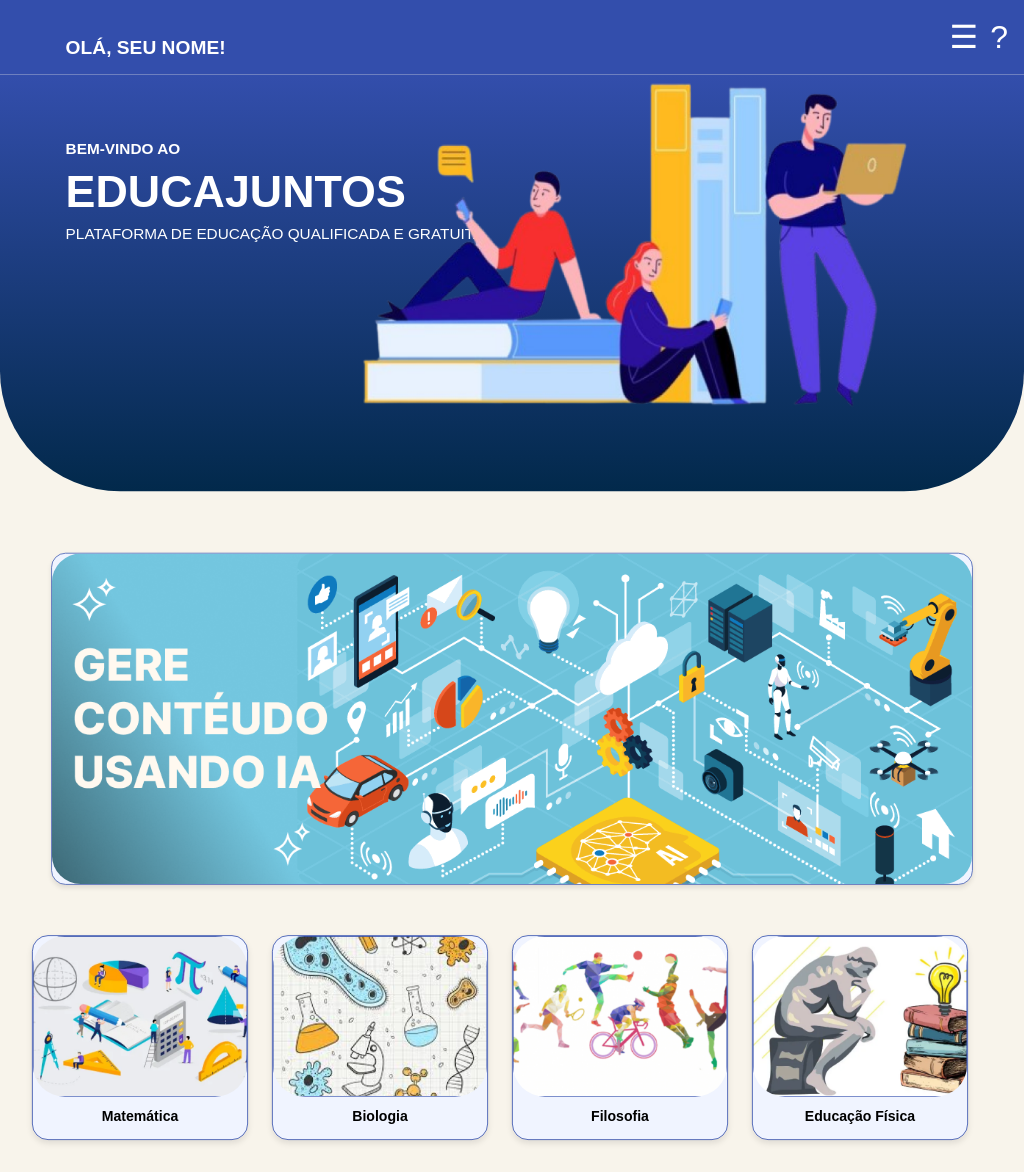
Repository: Matheus904-12/EDUCAJUNTOS
Page: inicio/index.html
An editor plug-in stored every save of this project. The page is shown before and after a run of saves, followed by the edit.
The browser window is 1280 px wide. The pictures show the whole page, at 80% of full size.

Above is the page before, as saved 2024-10-28 19:58:36.

### inicio/index.html
<!DOCTYPE html>
<html lang="pt-BR">

<head>
    <meta charset="UTF-8">
    <meta name="viewport" content="width=device-width, initial-scale=1.0">
    <title>Educajuntos</title>
    <link rel="stylesheet" href="style.css">
</head>

<body>
    <header>
        <h1>OLÁ, SEU NOME!</h1>
        <nav>
            <button class="menu-btn">&#9776;</button>
            <button class="help-btn">?</button>
        </nav>
    </header>

    <section class="hero">
        <h2>BEM-VINDO AO</h2>
        <h3>EDUCAJUNTOS</h3>
        <p>PLATAFORMA DE EDUCAÇÃO QUALIFICADA E GRATUITA</p>
        <div class="hero-image">
            <img src="../image/1.png" alt="Imagem ilustrativa de pessoas estudando">
        </div>
    </section>

    <br>
    <br>
    <br>

    <main>

        <div class="category-card large">
            <img src="../image/7.png" alt="IA">
        </div>

        <section class="categories">
            <div class="category-card">
                <img src="../image/2.png" alt="Matemática">
                <p>Matemática</p>
                <br>
            </div>
            <div class="category-card">
                <img src="../image/3.png" alt="Biologia">
                <p>Biologia</p>
                <br>
            </div>
            <div class="category-card">
                <img src="../image/6.png" alt="Filosofia">
                <p>Filosofia</p>
                <br>
            </div>
            <div class="category-card">
                <img src="../image/5.png" alt="Educação Física">
                <p>Educação Física</p>
                <br>
            </div>
        </section>
    </main>

    <script src="script.js"></script>
</body>

</html>

### inicio/style.css
* {
    margin: 0;
    padding: 0;
    box-sizing: border-box;
    font-family: Arial, sans-serif;
}

body {
    background-color: #F8F4EB;
    color: #333;
}

header {
    background-color: #334EAC;
    color: #fff;
    padding: 20px;
    display: flex;
    justify-content: space-between;
    align-items: center;
}

header h1 {
    font-size: 1.5em;
    margin-left: 5%;
    margin-top: 2%;
}

nav {
    display: flex;
    gap: 15px;
}

.menu-btn,
.help-btn {
    background: none;
    border: none;
    color: #fff;
    font-size: 2.5em;
    cursor: pointer;
}

/* Hero Section with Rounded Bottom Borders and Centered Image */
.hero {
    background: linear-gradient( #334EAC, #02294b);
    color: #fff;
    padding: 20px 20px;
    border-bottom-left-radius: 150px;
    border-bottom-right-radius: 150px;
    position: relative;
    display: flex;
    flex-direction: column;
    align-items: flex-start;
    overflow: hidden;

}

.hero h2 {
    font-size: 1.2em;
    margin-bottom: 10px;
    font-weight: bold;
    margin-left: 5%;
    margin-top: 5%;
}

.hero h3 {
    font-size: 3.5em;
    margin-bottom: 10px;
    font-weight: bold;
    margin-left: 5%;
}

.hero p {
    font-size: 1.2em;
    margin-bottom: 20px;
    margin-left: 5%;
}

.hero-image {
    display: flex;
    margin-left: 30%;
    width: 782px;
    height: 580px;
    margin-top: -25%;
}

.hero-image img {
    width: 100%;
    height: auto;
    border-radius: 0 0 150px 150px;
}

/* Categories Section */
.categories {
    display: grid;
    grid-template-columns: repeat(4, 1fr);
    gap: 0px;
    padding: 40px;
}

.category-card {
    background-color: #F0F4FF; /* Cor de fundo suave */
    border: 1px solid #334EAC; /* Contorno azul */
    border-radius: 20px;
    text-align: center;
    box-shadow: 0px 4px 8px rgba(0, 0, 0, 0.1);
    width: 90%;
    height: 100%;

}

.category-card img {
    width: 100%;
    border-radius: 40px;
    margin-top: 0px;
}

.category-card p {
    margin-top: 10px;
    font-size: 1.1em;
    font-weight: bold;
    color: #000000;
}

/* Ajuste do card para o modo grande */
.category-card.large {
    grid-column: span 2;
    display: flex;
    justify-content: center;
    align-items: center;
    font-size: 1.5em;
    font-weight: bold;
    width: 100%;
    transform: scale(90%);
    border
}

### inicio/script.js
document.addEventListener('DOMContentLoaded', () => {
    const menuButton = document.querySelector('.menu-btn');
    const dropdownMenu = document.querySelector('.dropdown-menu');

    menuButton.addEventListener('click', () => {
        dropdownMenu.style.display = dropdownMenu.style.display === 'block' ? 'none' : 'block';
    });

    // Fecha o menu dropdown ao clicar fora dele
    document.addEventListener('click', (event) => {
        if (!menuButton.contains(event.target) && !dropdownMenu.contains(event.target)) {
            dropdownMenu.style.display = 'none';
        }
    });
});

After the next 2 saves:
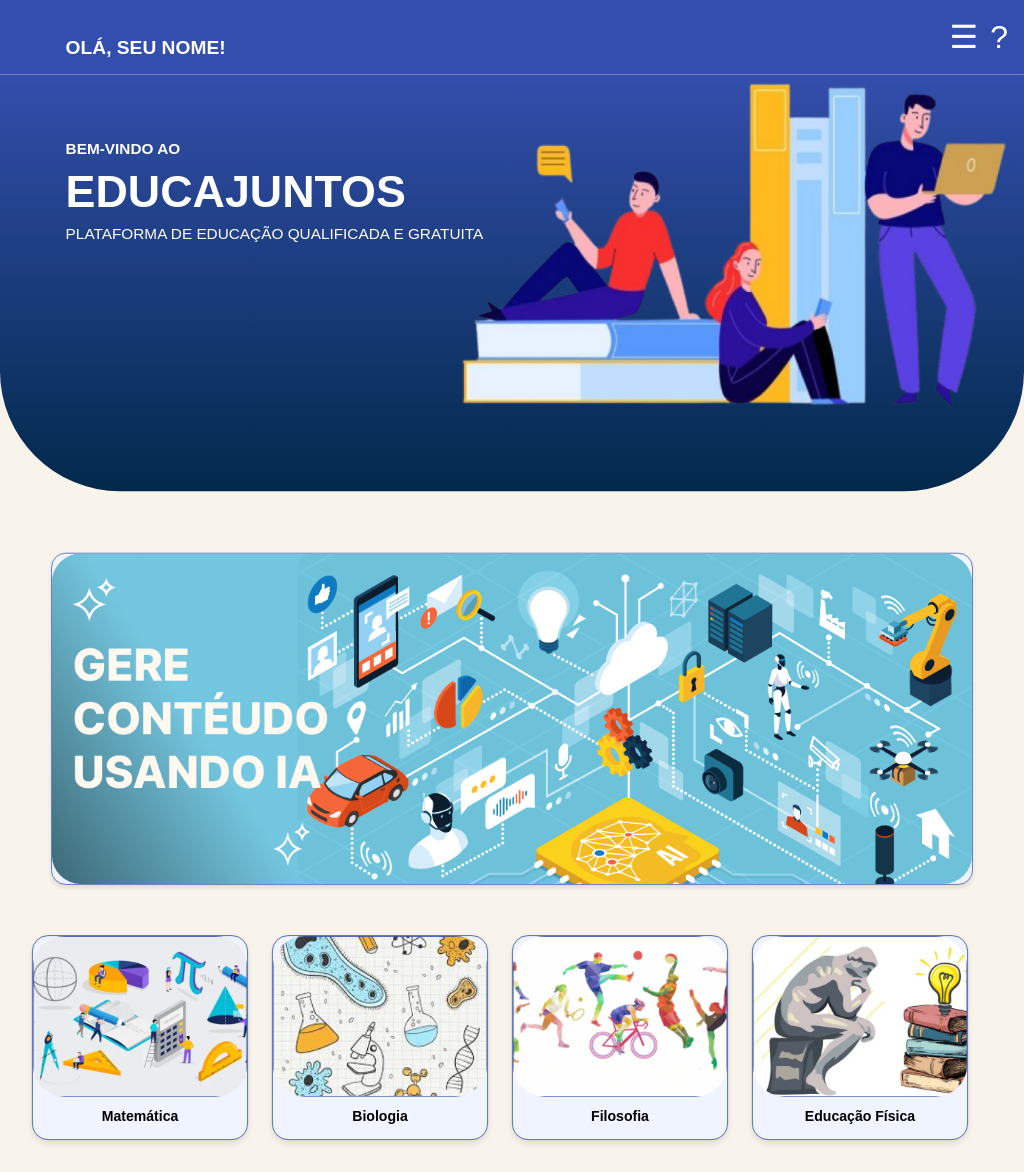
The 2 saves are shown as one change because they came seconds apart.
The last was saved 5 s later.
--- a/inicio/style.css
+++ b/inicio/style.css
@@ -77,7 +77,7 @@
 
 .hero-image {
     display: flex;
-    margin-left: 30%;
+    margin-left: 40%;
     width: 782px;
     height: 580px;
     margin-top: -25%;

After the save that followed:
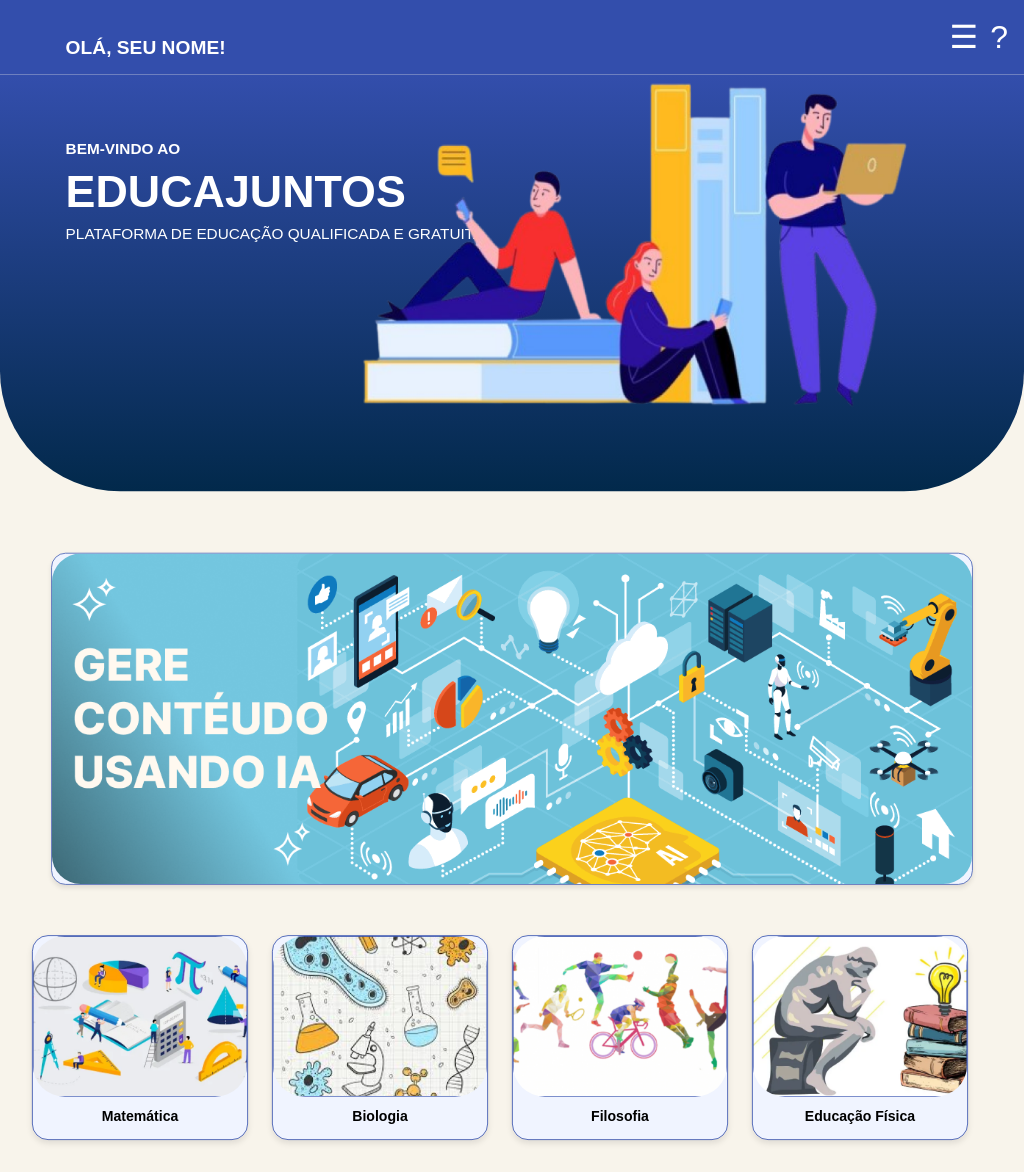
Saved 5 s later.
--- a/inicio/style.css
+++ b/inicio/style.css
@@ -77,7 +77,7 @@
 
 .hero-image {
     display: flex;
-    margin-left: 40%;
+    margin-left: 30%;
     width: 782px;
     height: 580px;
     margin-top: -25%;
